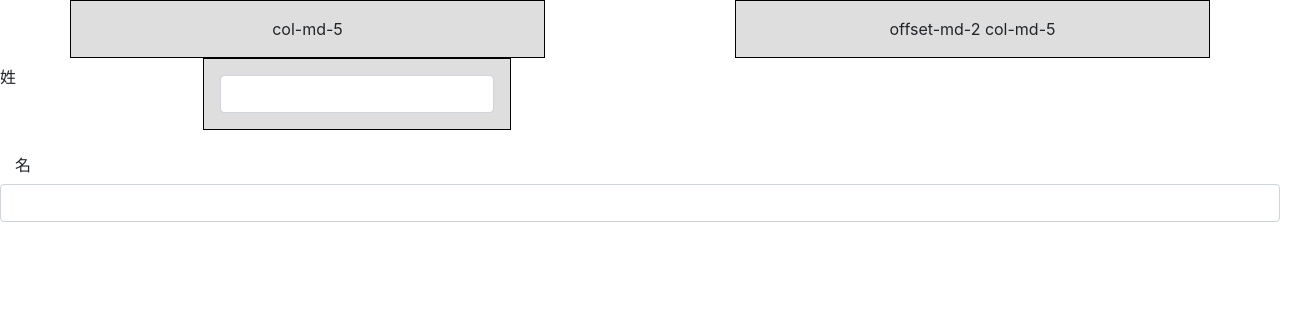
Repository: ichiro-fujii/kadai-commit
Page: lesson-htmlcss/bootstrap_lesson.html
The author's editor kept a record of every edit. The page is drawn from the files as they stood at one moment, then again after the next edit.
The browser window is 1280 px wide. The page is 1295 px wide, so the pictures cover 1295 px, including what lies to the right of the window. The pictures show the whole page.
Some web libraries are served in a nearby version.

Above is the page before.

### lesson-htmlcss/bootstrap_lesson.html
<!DOCTYPE html>
<html lang="ja">
    <head>
        <!--Required meta tags -->
        <meta charset="utf-8">
        <meta name="viewport" content="width=device-width, initial-scale=1,shrink-to-fit=no">

        <!--Bootstrap CSS-->
        <link rel="stylesheet" href="https://stackpath.bootstrapcdn.com/bootstrap/4.2.1/css/bootstrap.min.css">

        <title>Grid System Test</title>

        <style>
            .row div{
                border: 1px solid #000;
                padding: 1em;
                text-align: center;
                background-color: #dedede;
            }

        </style>
    </head>
    <body>
        <div class="container">
            <div class="row">
                <div class="col-md-5">col-md-5</div>
                <div class="offset-md-2 col-md-5">offset-md-2 col-md-5</div>
            </div>
        </div>

        <!--Optkonal JavaScript-->
        <!--jquery first,then popper.js,then Bootstrap JS,then Font Awesome -->
        <script src="https://code.jquery.com/jquery-3.3.1.slim.min.js"></script>
        <script src="https://cdnjs.coudflare.com/ajax/libs/popper.js/1.14.6/umd/popper.min.js"></script></script>
        <script src="https://stackpath.bootstrapcdn.com/bootstrap/4.2.1/js/bootstrap.min.js"></script>
        <script defer src="https://use.fontawesome.com/releases/v5.7.2/js/all.js"></script>
    <form>
        <!--1行-->
        <div class="form-group row">
            <label class="col-2 col-form-label">姓</label>
            <div class-"col-10">
                <input type-"text" class="form-control" name="lastname">

            </div>
        </div>
        <div class-"form-group row">
            <label class="col-2 col-form-label">名</label>
            <div class-"col-10">
                <input type="text" class="form-control" name="firstname">

            </div>
        </div>
    </form>
    </body>
</html>

After the next edit:
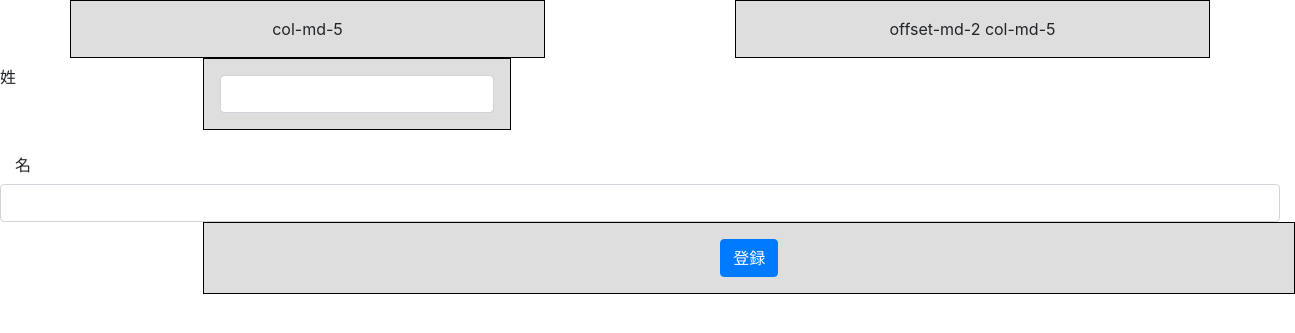
The edit:
--- a/lesson-htmlcss/bootstrap_lesson.html
+++ b/lesson-htmlcss/bootstrap_lesson.html
@@ -50,6 +50,12 @@
 
             </div>
         </div>
+        <!--1行-->
+        <div class="form-group row">
+            <div class="offset-2 col-10">
+                <button type="submit" class="btn btn-primary">登録</button>
+            </div>
+        </div>
     </form>
     </body>
 </html>
